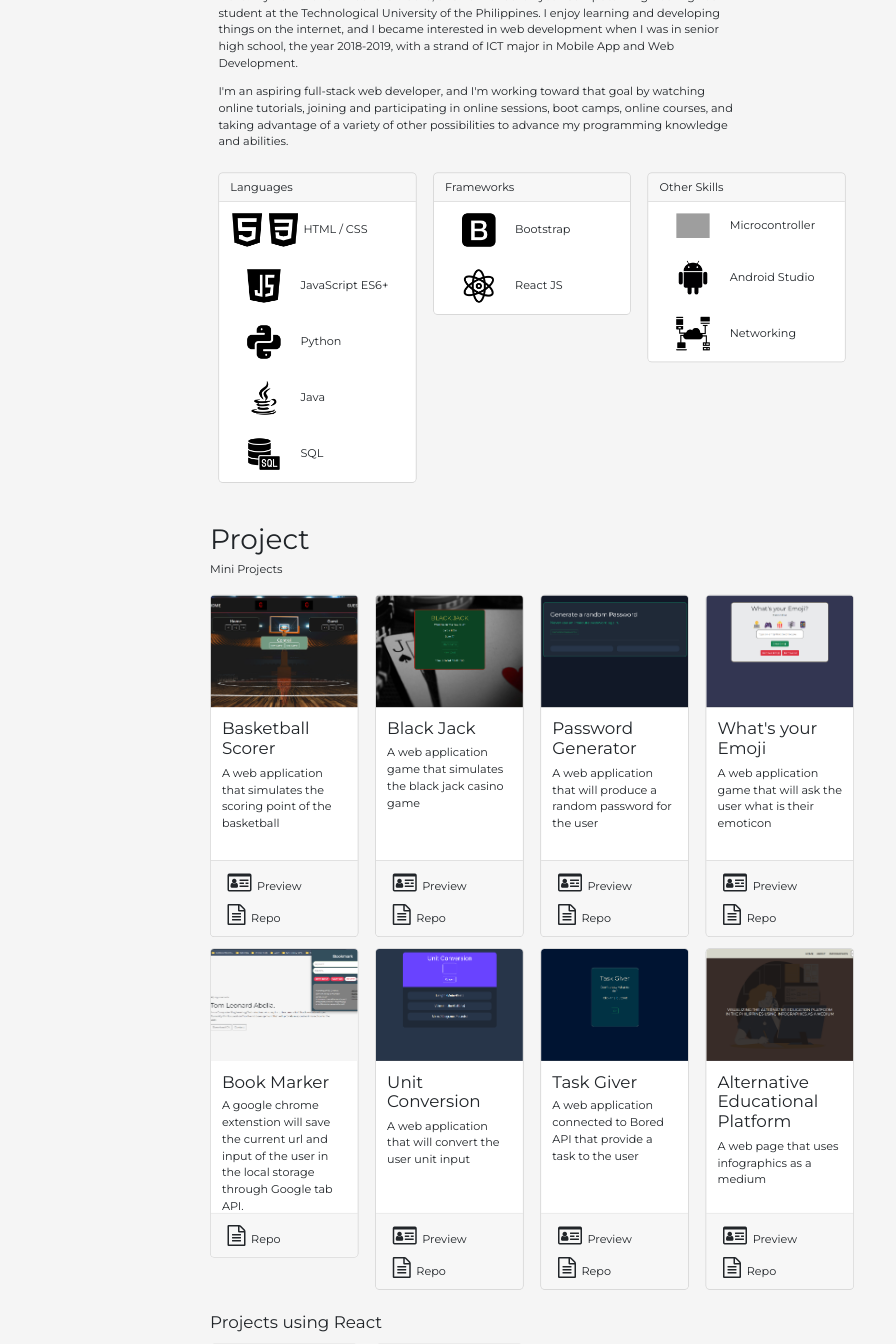
Repository: tom-abella/Portfolio
Page: index.html
These files come from the project's save history. The page is drawn as it stood at one moment and after the next save; the edit follows.
The browser window is 1280 px wide. The pictures show the part of the page from y = 801 to 2721 px (the page is 3347 px tall), at 70% of full size.
Pictures or frames that could not be fetched are drawn as grey boxes.

Above is the page before, as saved 2022-11-25 11:20:14.
Console error: ReferenceError: emailjs is not defined

After the next save:
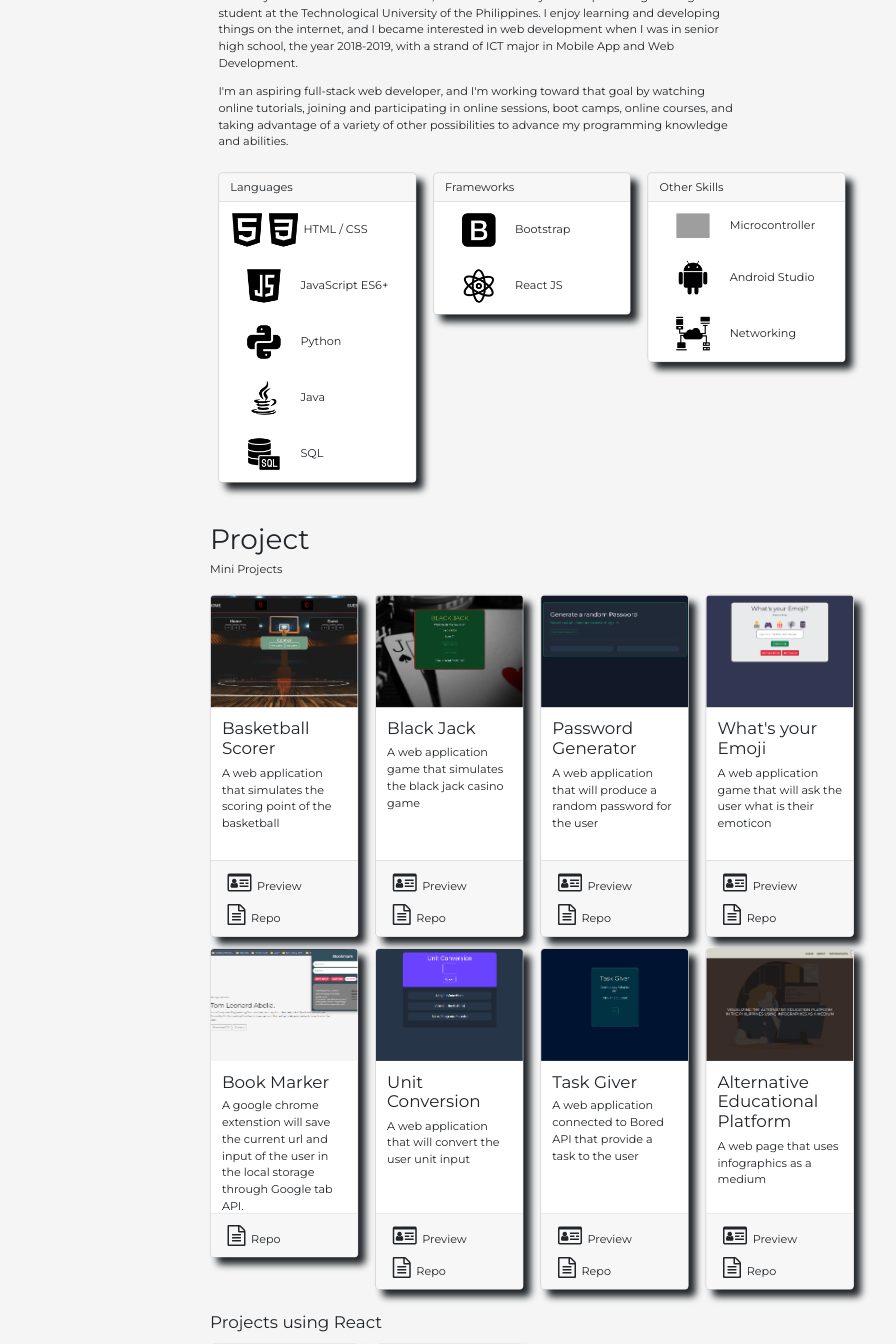
Saved 104 s later.
--- a/style.css
+++ b/style.css
@@ -16,7 +16,9 @@ img{
     color:#fff;
 
 }
-
+.card{
+    box-shadow: 10px 10px 10px ;
+}
 .navbar .nav-link.active{
     color:grey;
 }
